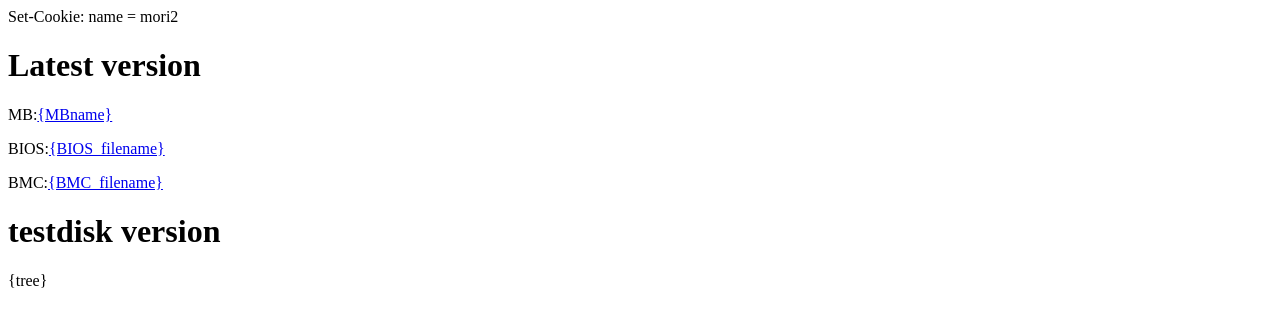
Repository: tttt1213/BIOSversion
Page: result.html
An editor plug-in stored every save of this project. The page is shown before and after the next save, followed by the edit.
The browser window is 1280 px wide. The pictures show the whole page.

Above is the page before, as saved 2023-04-07 15:41:22.

### result.html

<html>
<head>
<meta>Set-Cookie: name = mori2<meta>
<h1>Latest version</h1>
</head>
<body>
<header class="header">
</header>
<div class="content">
<p>MB:<a href="{url}">{MBname}</a></p>
<p>BIOS:<a href="{BIOS_ver}">{BIOS_filename}<a/></p>
<p>BMC:<a href="{BMC_ver}">{BMC_filename}<a/></p>
</div>
<h1>testdisk version</h1>
<div>{tree}</div>
</body>
</html>

After the next save:
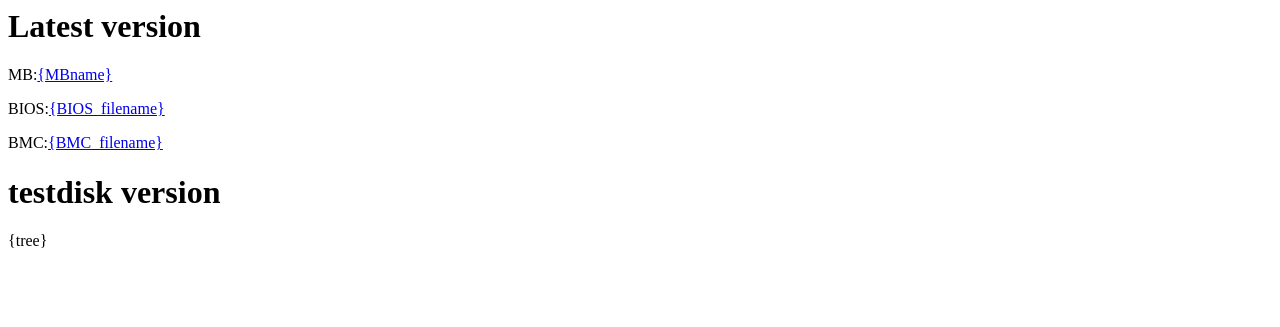
Saved 2 days later.
--- a/result.html
+++ b/result.html
@@ -1,7 +1,7 @@
 
 <html>
 <head>
-<meta>Set-Cookie: name = mori2<meta>
+
 <h1>Latest version</h1>
 </head>
 <body>
